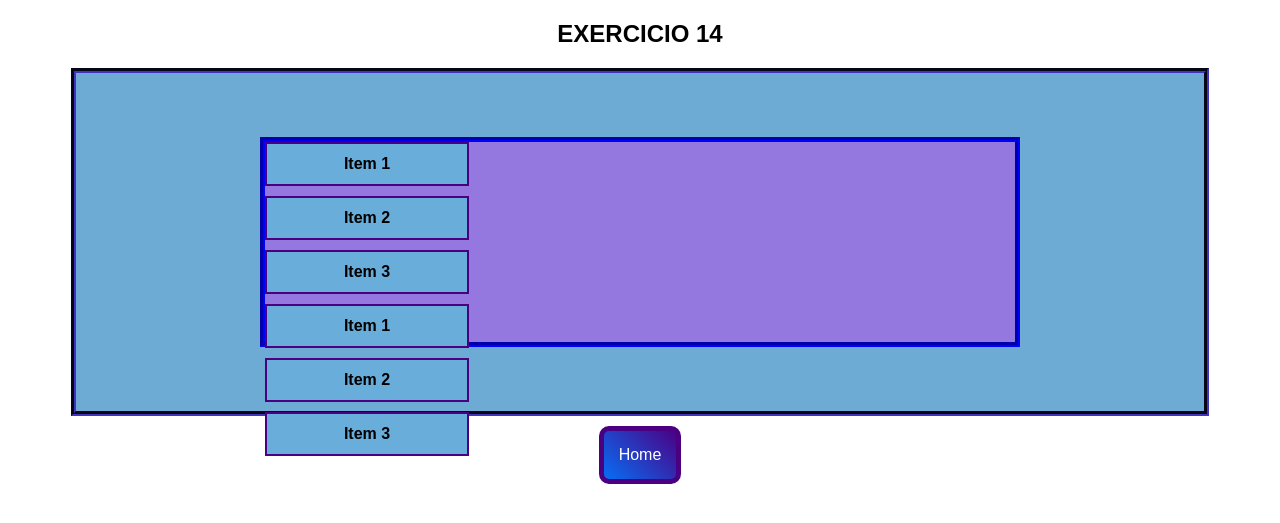
Repository: Elianmrey/TP1-Mobile-First
Page: EXERCISES/EX_14/index.html
The author's editor kept a copy of each file at every save. The page is drawn from the files as they stood at one save, then again after a run of saves.
The browser window is 1280 px wide. The pictures show the whole page.

Above is the page before, as saved 2024-08-05 16:39:00.

### EXERCISES/EX_14/index.html
<!DOCTYPE html>
<html lang="en">

<head>
  <link href="style.css" rel="stylesheet" type="text/css" />
  <meta charset="UTF-8">
  <meta name="viewport" content="width=device-width, initial-scale=1.0">
  <title>Document</title>
</head>

<body>

  <div class="titulo">
    <h2>EXERCICIO 14</h2>
  </div>

  <div class="container-principal">

    <div class="container-central">

      <div class="item">Item 1</div>
      <div class="item">Item 2</div>
      <div class="item">Item 3 </div>

      <div class="item">Item 1</div>
      <div class="item">Item 2</div>
      <div class="item">Item 3 </div>

    </div>


  </div>
  <a href="../../index.html" class="link-home">Home</a>
</body>

</html>

### EXERCISES/EX_14/style.css
body
{
display: flex ;
flex-direction: column;
margin: 0;
padding: 0;
font-family: sans-serif;
justify-content: center;
align-items:center;
}
.titulo
{
  text-align: center;
}

.container-principal
{
  display: flex;
  justify-content: center;
  gap: 10px;
  border: groove 5px rgb(36, 29, 107);
  padding: 5%;
  width: 1000px;
  background-color: rgb(109, 171, 212);
}
.container-central
{
  display: grid;
  grid-template-columns:  1fr;
  border: groove 5px blue;
  gap: 10px;
  width: 750px;
  height: 200px;
  justify-content: space-around;
  align-items: center;
  background-color: rgb(148, 120, 224);
}
 .item
 {
display: flex;
justify-content: center;
align-items: center;
width: 200px;
height: 40px;
list-style: none;
font-family: sans-serif;
font-weight: 600;
border: solid 2px indigo;
 background-color: rgb(105, 173, 218);
}

.link-home
{
  margin-top: auto;
  margin: 10px;
  padding: 15px;
  text-decoration: none;
  color: white;
  border: solid 5px indigo;
  border-radius: 10px;;
  background: linear-gradient(45deg, rgb(6, 110, 245), rgb(74, 1, 133))
}

After the next 5 saves:
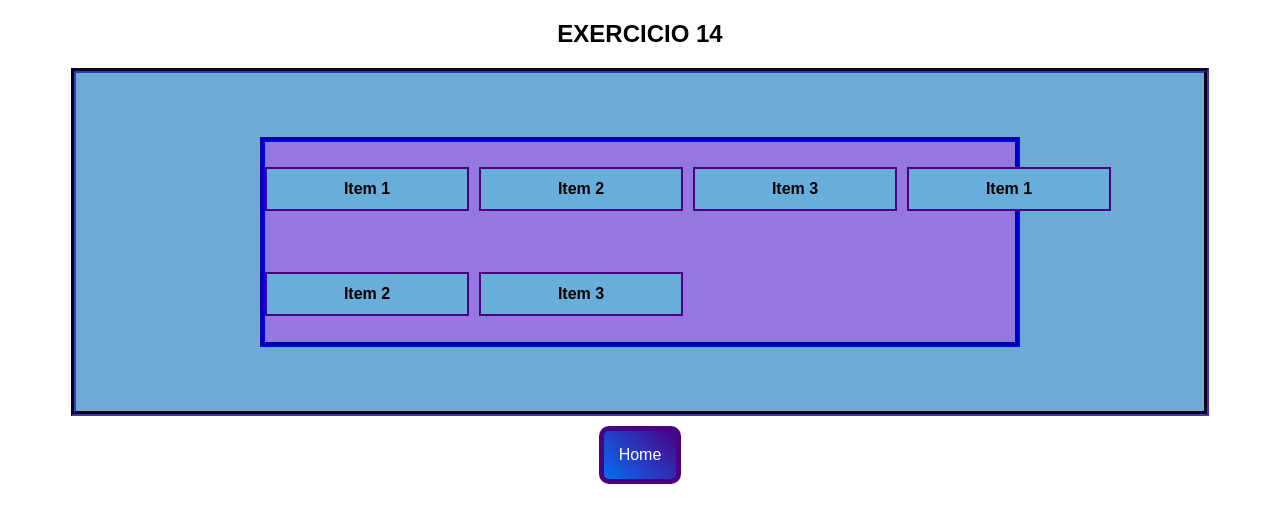
The 5 saves are shown as one change because they came seconds apart.
The last was saved 17 s later.
--- a/EXERCISES/EX_14/style.css
+++ b/EXERCISES/EX_14/style.css
@@ -26,7 +26,7 @@ align-items:center;
 .container-central
 {
   display: grid;
-  grid-template-columns:  1fr;
+  grid-template-columns:  1fr 1fr 2fr 2fr;
   border: groove 5px blue;
   gap: 10px;
   width: 750px;
